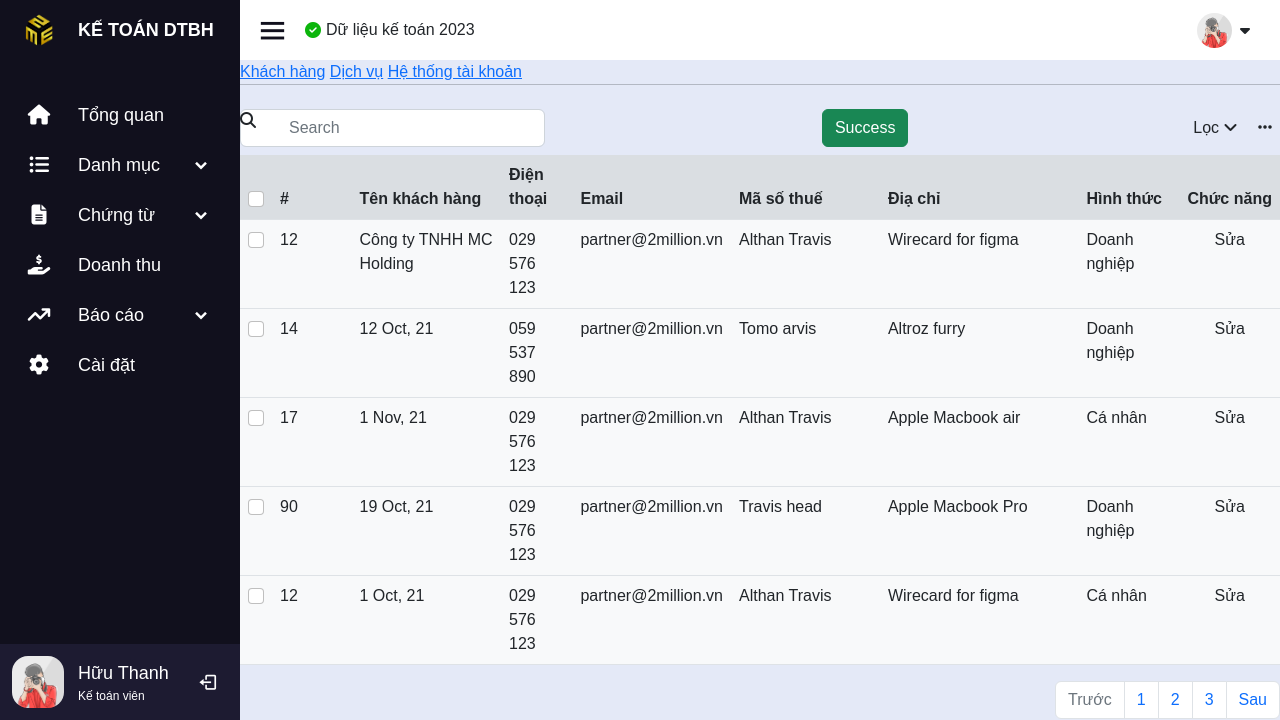
Repository: huuthanhdev/PhanMemKeToan
Page: pages/customer.html
The author's editor kept a copy of each file at every save. The page is drawn from the files as they stood at one save, then again after the next save.
The browser window is 1280 px wide. The pictures show the whole page.
Some web fonts or font styles are not loaded; a fallback is used. Some web libraries are served in a nearby version.

Above is the page before, as saved 2023-03-24 16:39:55.

After the next save:
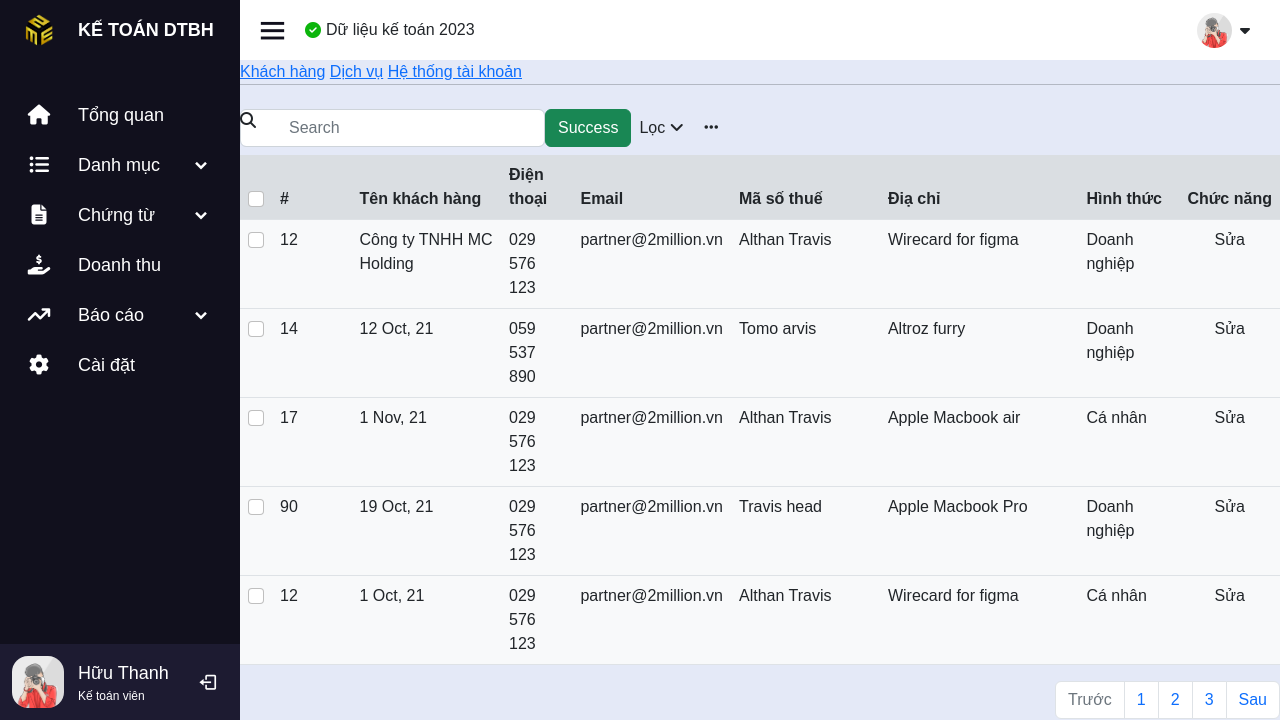
Saved 37 s later.
--- a/pages/customer.html
+++ b/pages/customer.html
@@ -138,7 +138,7 @@
         <hr class="mt-0 mb-4">
         <!-- table -->
         <div class="container-fluid mt-0 px-0">
-          <div class="mb-2 d-flex justify-content-between align-items-center">
+          <div class="mb-2 d-flex justify-content-start align-items-center">
               <div class="position-relative">
                   <span class="position-absolute search"><i class="fa fa-search"></i></span>
                   <input class="form-control w-100 px-5" placeholder="Search">
